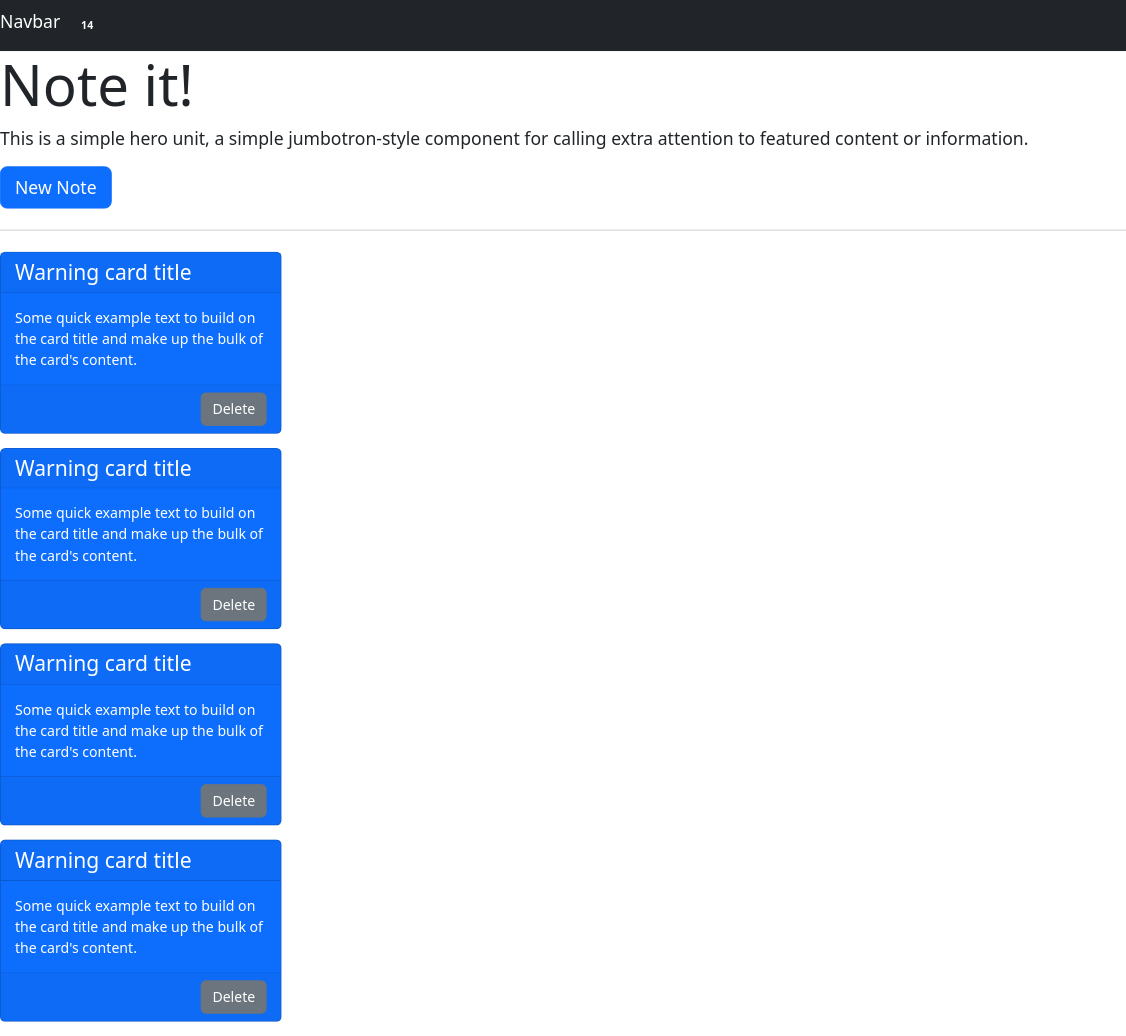
Repository: hasmelash/gitskill
Page: /
These files come from the project's save history. The page is drawn as it stood at one moment and after the next save; the edit follows.
The browser window is 1280 px wide. The pictures show the whole page, at 88% of full size.
The project was rebuilt for these pictures with package versions that can differ from the ones it lists, and the page was loaded fresh each time. Also part of the build but not shown: src/App.css.

Above is the page before, as saved 2019-08-30 01:58:23.

After the next save:
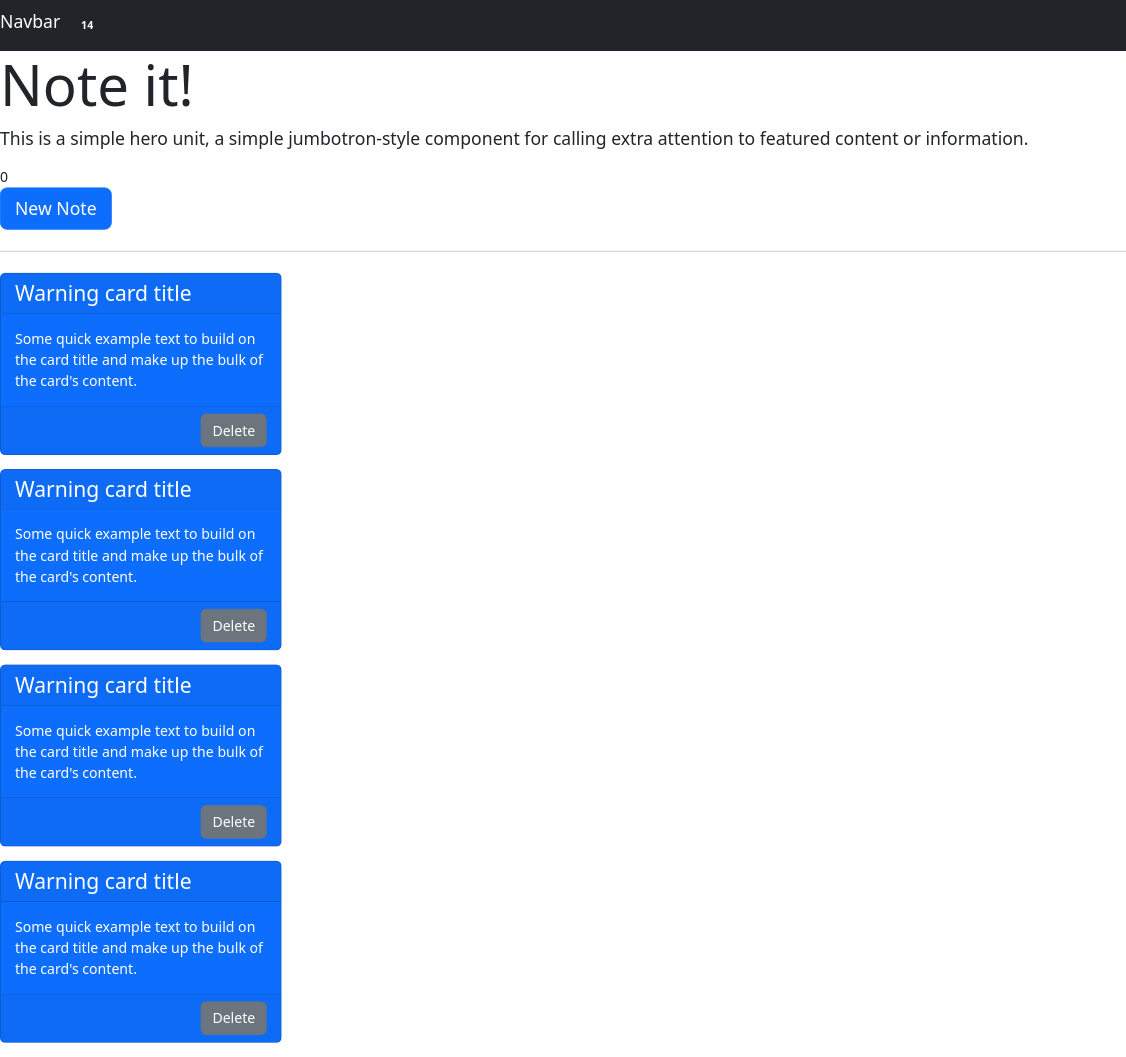
Saved 36 s later.
--- a/src/NotesComponent/NotesComponent.js
+++ b/src/NotesComponent/NotesComponent.js
@@ -54,6 +54,9 @@ class Notes extends React.Component{
 
                 <h1 className="display-3">Note it!</h1>
                 <p className="lead">This is a simple hero unit, a simple jumbotron-style component for calling extra attention to featured content or information.</p>
+                <div>
+          {this.state.count}
+        </div>
                 <p className="lead">
                     <button className="btn btn-primary btn-lg" onClick={this.obButton}>New Note</button>
                 </p>
